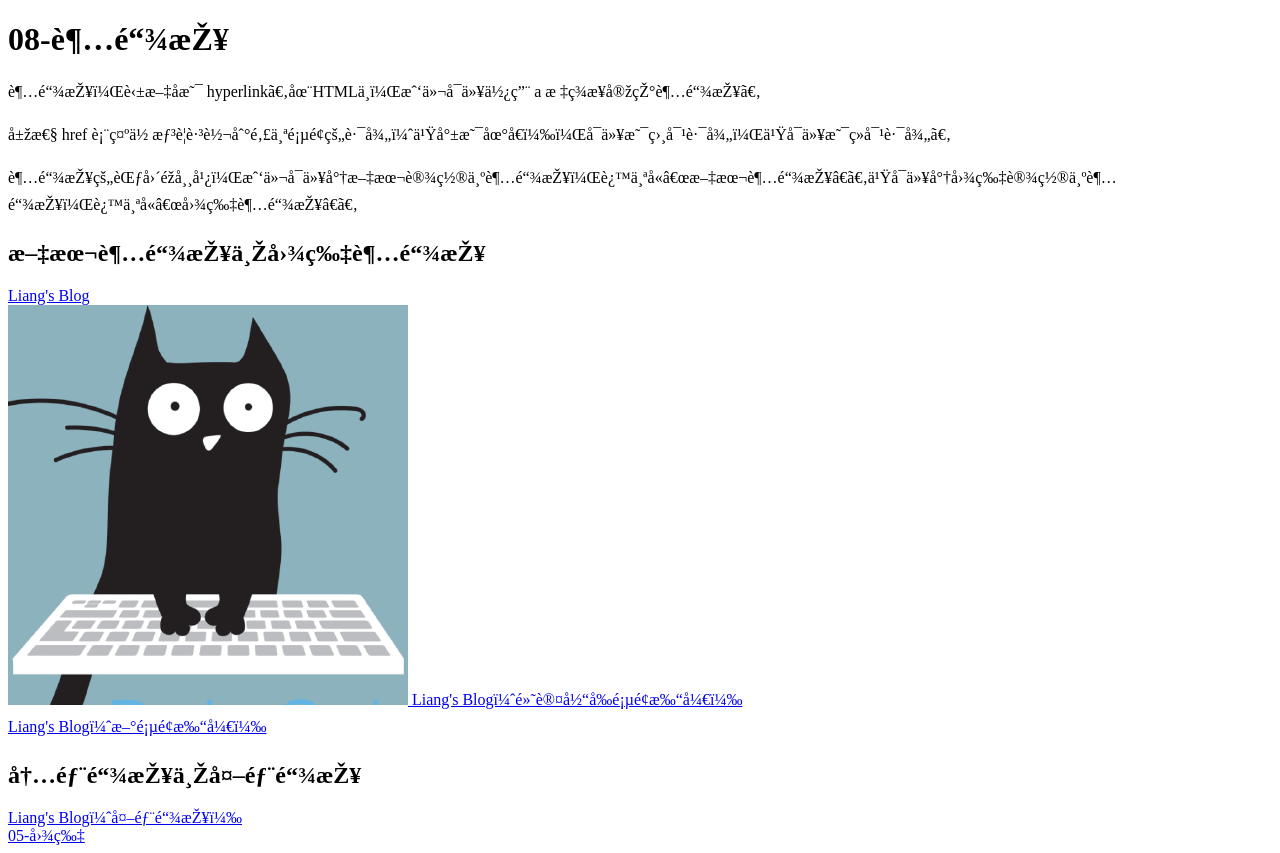
Repository: liang-n/front-end-basics
Page: 08-超链接.html
The author's editor kept a copy of each file at every save. The page is drawn from the files as they stood at one save, then again after the next save.
The browser window is 1280 px wide. The pictures show the whole page.

Above is the page before, as saved 2022-05-15 13:33:24.

After the next save:
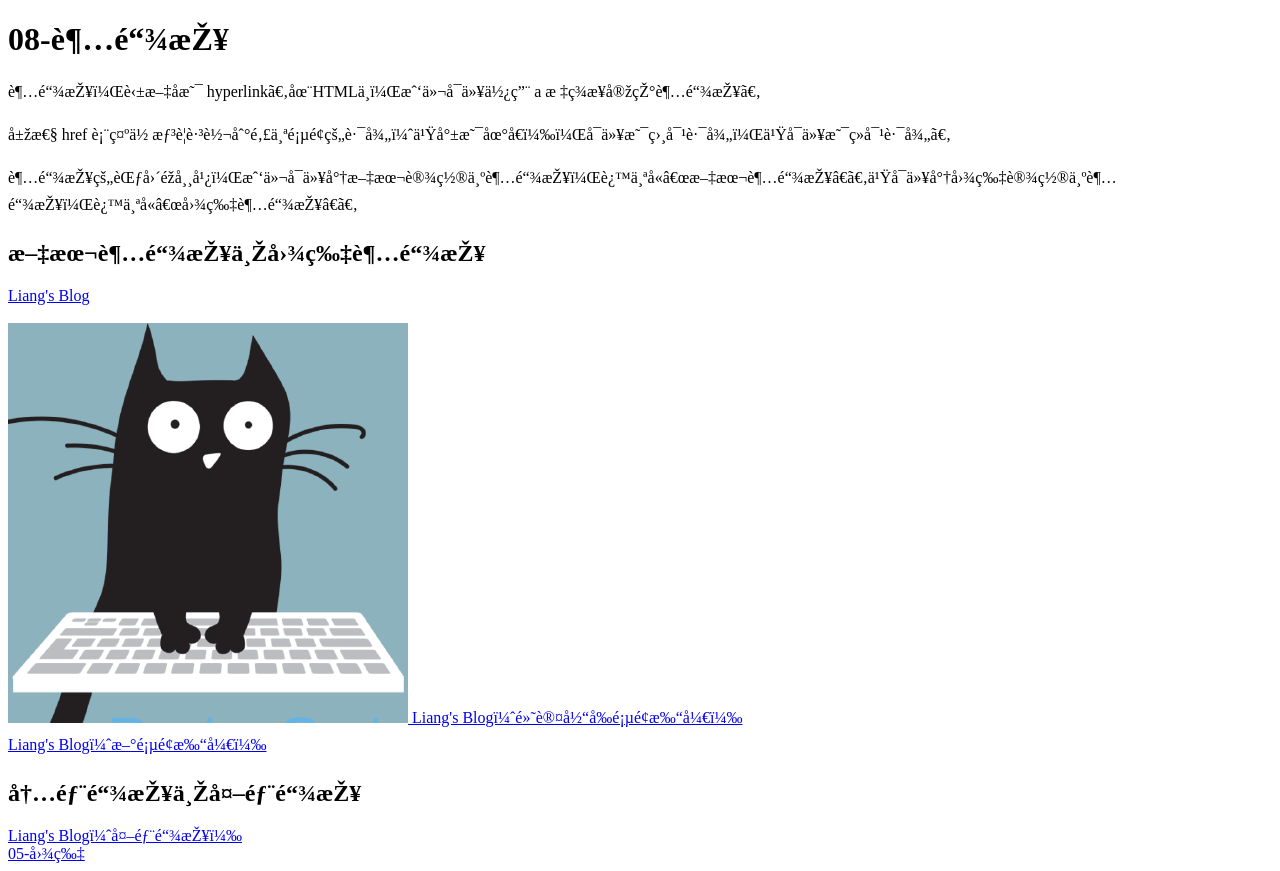
Saved 4 s later.
--- a/08-超链接.html
+++ b/08-超链接.html
@@ -13,7 +13,7 @@
     <p>超链接的范围非常广，我们可以将文本设置为超链接，这个叫“文本超链接”。也可以将图片设置为超链接，这个叫“图片超链接”。</p>
     <h2>文本超链接与图片超链接</h2>
     <a href="https://liang-n.github.io/">Liang's Blog</a>
-    <br>
+    <br><br>
     <a href="https://liang-n.github.io/">
         <img src="img/image.png" alt="Liang's Blog">
     </a>
